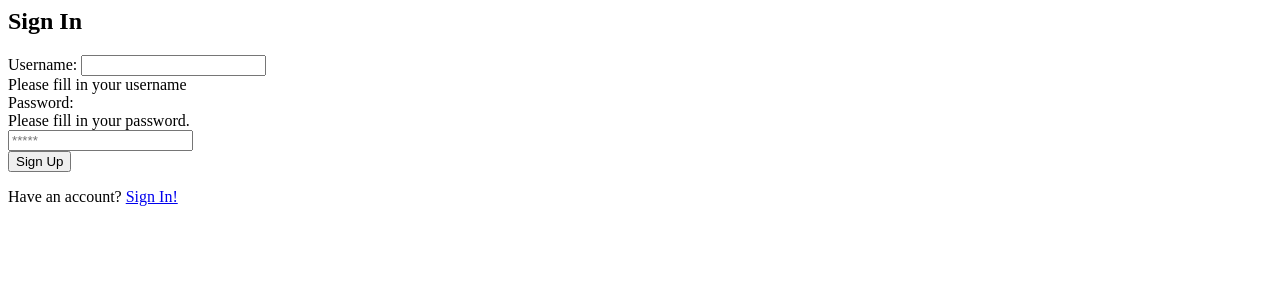
Repository: MikeMoore55/TheLibrary
Page: http://localhost/src/public/pages/sign-up.page.php
These files come from the project's save history. The page is drawn as it stood at one moment and after the next save; the edit follows.
The browser window is 1280 px wide. The pictures show the whole page.
The page is run by PHP 8.4 with error messages shown; the project is at /var/www/html/.

Above is the page before, as saved 2022-07-06 16:04:43.

After the next save:
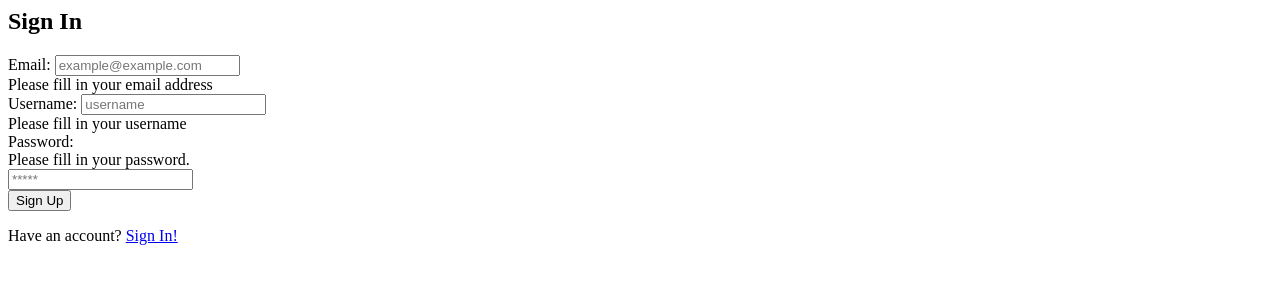
Saved 89 s later.
--- a/src/public/pages/sign-up.page.php
+++ b/src/public/pages/sign-up.page.php
@@ -5,10 +5,17 @@
 <main>
     <form class="sign-up-form form-control" action="home" method="POST">
         <h2>Sign In</h2>
+        <label for="exampleFormControlInput" class="form-label">
+            Email:
+        </label>
+        <input type="email" class="form-control" id="exampleFormControlInput" name="email" placeholder="example@example.com">
+        <div class="invalid-feedback">
+            Please fill in your email address
+        </div>
         <label for="exampleFormControlInput1" class="form-label">
             Username:
         </label>
-        <input type="text" class="form-control" id="exampleFormControlInput1" name="username">
+        <input type="text" class="form-control" id="exampleFormControlInput1" name="username" placeholder="username">
         <div class="invalid-feedback">
             Please fill in your username
         </div>
